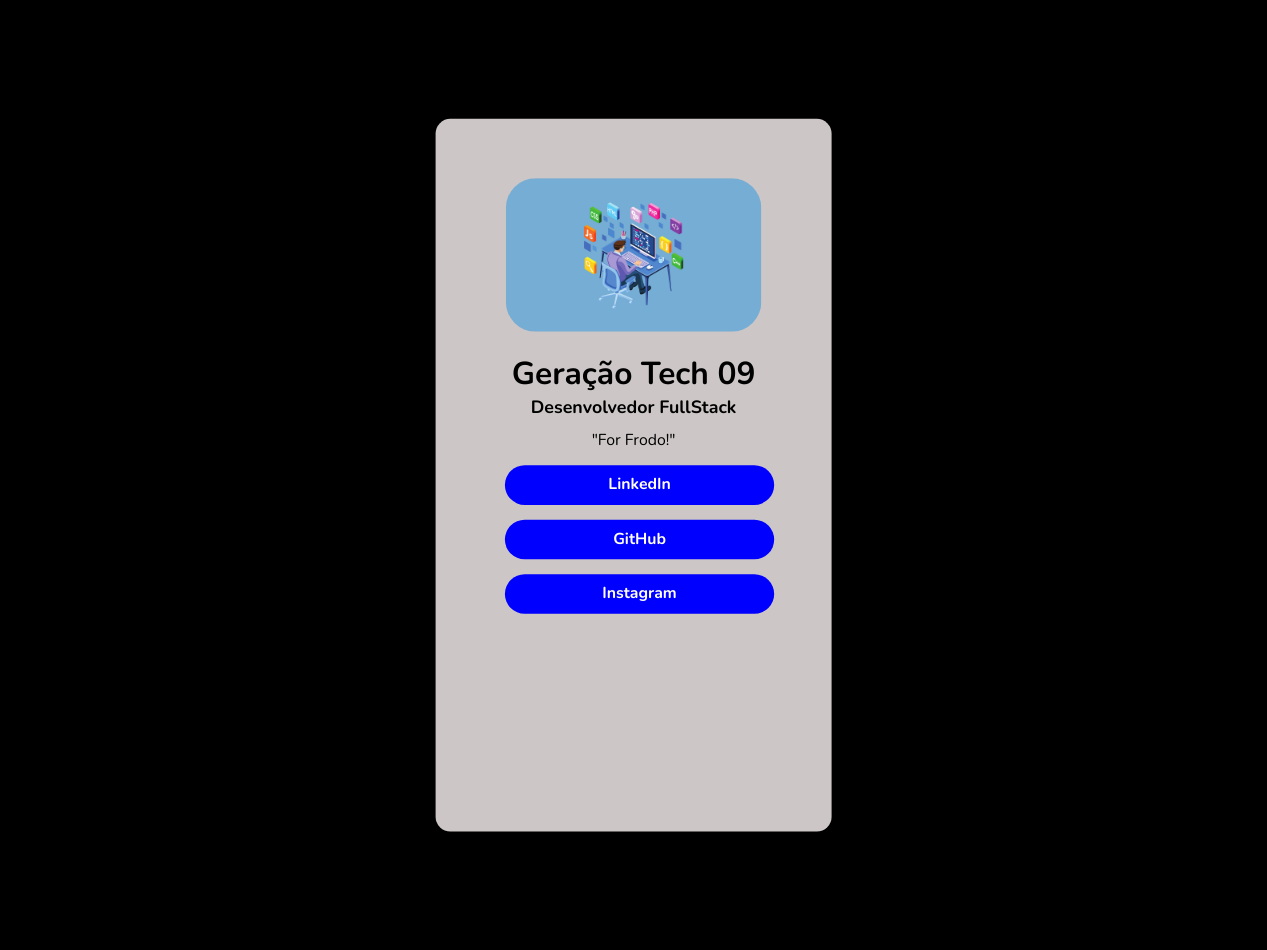
Repository: medeirosregis/linktree-gt09
Page: index.html
An editor plug-in stored every save of this project. The page is shown before and after the next save, followed by the edit.
The browser window is 1280 px wide. The pictures show the whole page, at 99% of full size.

Above is the page before, as saved 2025-04-11 10:29:02.

After the next save:
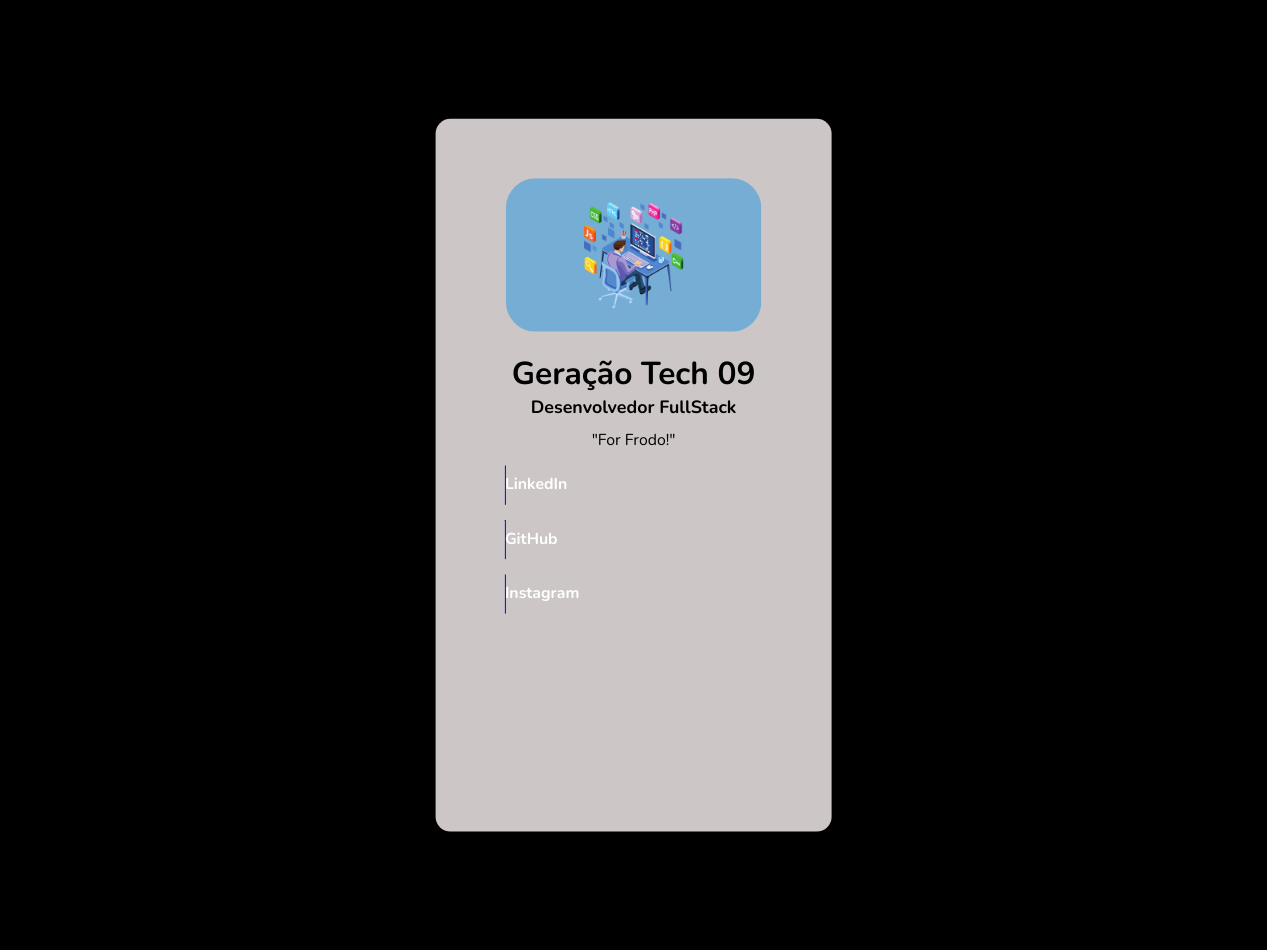
Saved 4 s later.
--- a/style.css
+++ b/style.css
@@ -58,7 +58,7 @@
 }
 
 .container-social li {
-    width: 272px;
+    width: 1px;
     height: 40px;
     background-color: blue;
     margin: 15px 0;

After the save that followed:
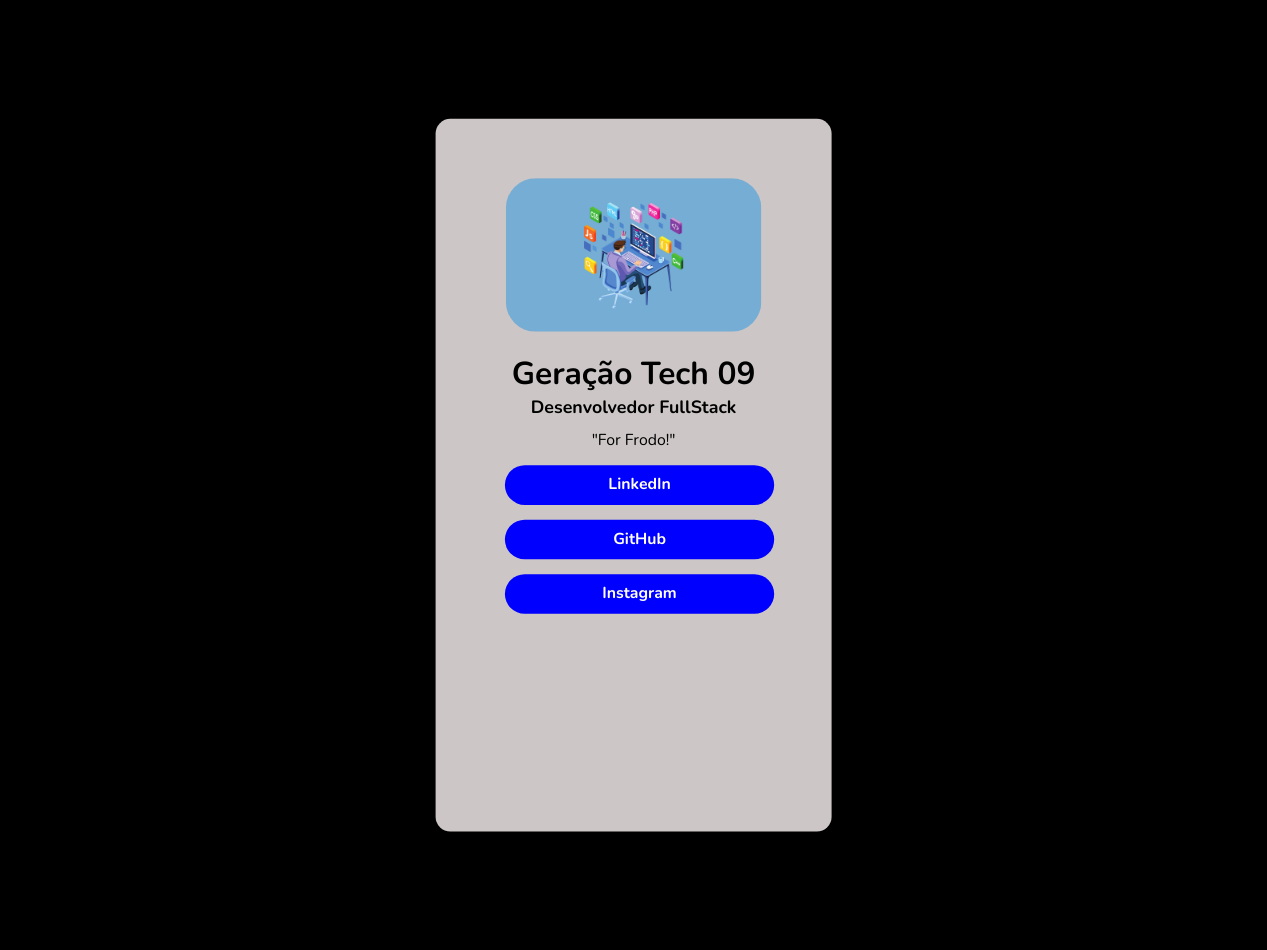
Saved 5 s later.
--- a/style.css
+++ b/style.css
@@ -58,7 +58,7 @@
 }
 
 .container-social li {
-    width: 1px;
+    width: 272px;
     height: 40px;
     background-color: blue;
     margin: 15px 0;
